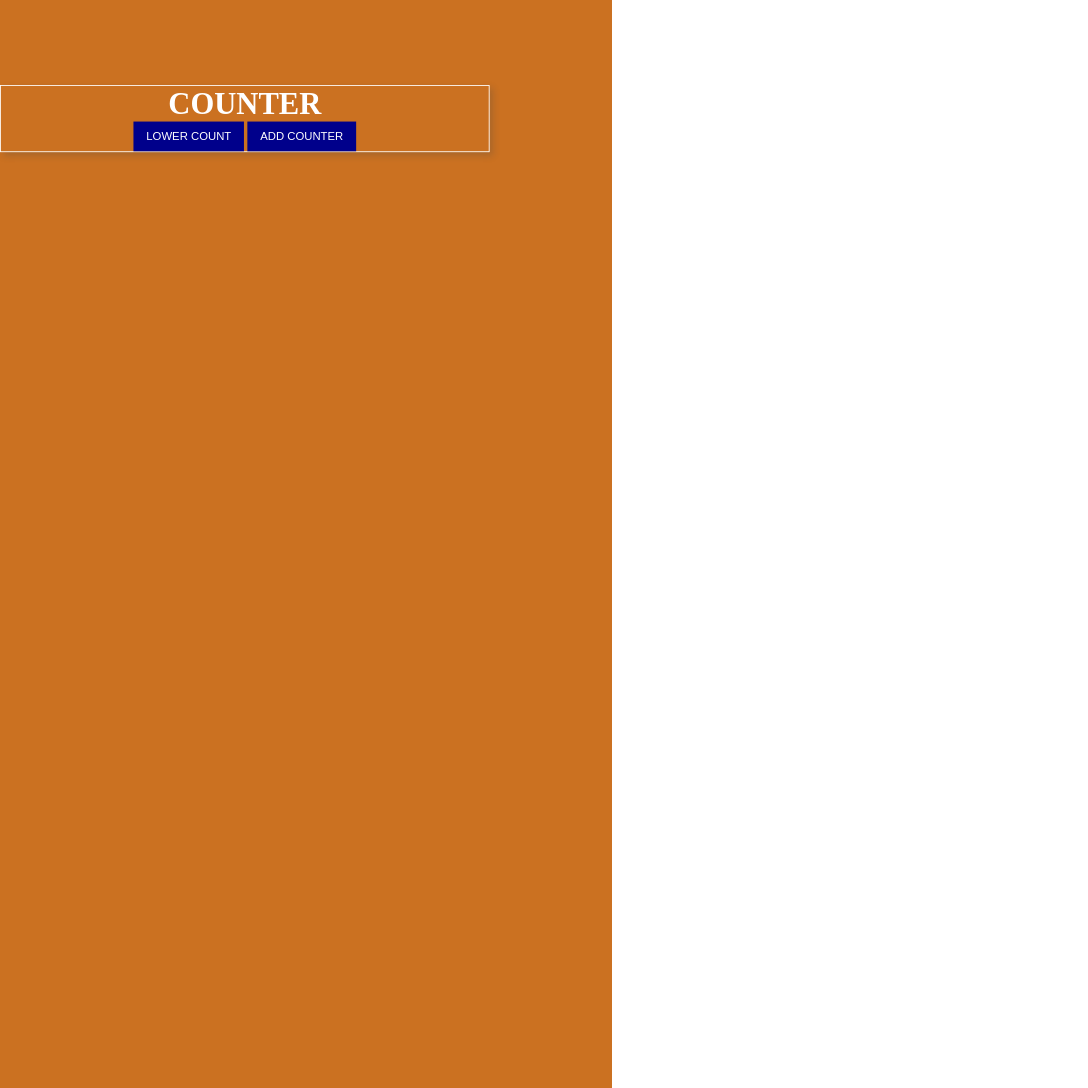
Repository: lusine-tech/counter
Page: index.html
The author's editor kept a copy of each file at every save. The page is drawn from the files as they stood at one save, then again after the next save.
The browser window is 1280 px wide. The pictures show the whole page, at 85% of full size.

Above is the page before, as saved 2022-02-14 17:01:22.

### index.html
<!DOCTYPE html>
<html lang="en">
<head>
    <meta charset="UTF-8">
    <meta http-equiv="X-UA-Compatible" content="IE=edge">
    <meta name="viewport" content="width=device-width, initial-scale=1.0">
    <link rel="stylesheet" href="style.css">
    <title>counter</title>
</head>
<body>
    <section class="background">
        <div class="block">
            <h3 class="title">Counter</h3>
            <p class="num"></p>
    <div class="buttons">
       <button class="btn" id="btn-left">lower count</button>
       <button class="btn" id="btn-right">add Counter</button>
    </div>
    </div>
    </section>
   <script src="/script.js"></script>
</body>
</html>

### style.css
*{
    margin: 0;
    padding: 0;
    box-sizing: border-box;
}

.background {
    width: 100vh;
    height: 100vw;
    background-color: #cb7121;
    text-align: center;
   padding-top: 100px;
}

.block {
    width: 80%;
    border: 1px solid #fff;
    -webkit-box-shadow: 4px 4px 8px 0px rgba(34, 60, 80, 0.2);
-moz-box-shadow: 4px 4px 8px 0px rgba(34, 60, 80, 0.2);
box-shadow: 4px 4px 8px 0px rgba(34, 60, 80, 0.2);
}
.title {
    color: #fff;
    font-size: 36px;
    text-transform: uppercase;
}
.num {
    font-size: 56px;
}
.btn {
    padding: 10px 15px;
    color: #fff;
        cursor: pointer;
    transition: 0.5s ease;
    border: none;
    outline: none;
    background-color: #00008B;
    text-transform: uppercase;
}

Loaded but not shown: script.js (no copy from this time; the picture is the same without it)

After the next save:
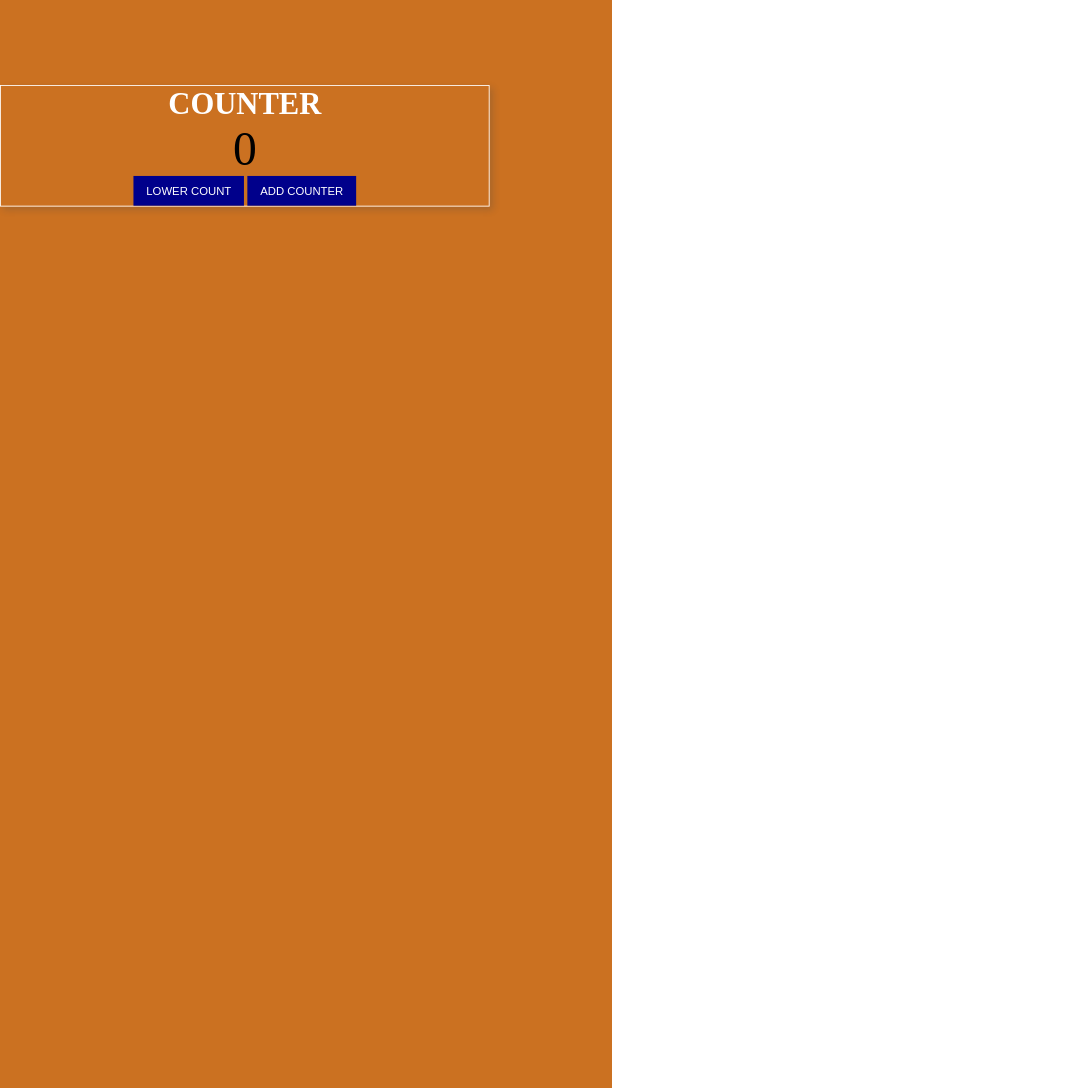
Saved 27 s later.
--- a/index.html
+++ b/index.html
@@ -11,7 +11,7 @@
     <section class="background">
         <div class="block">
             <h3 class="title">Counter</h3>
-            <p class="num"></p>
+            <p class="num">0</p>
     <div class="buttons">
        <button class="btn" id="btn-left">lower count</button>
        <button class="btn" id="btn-right">add Counter</button>
